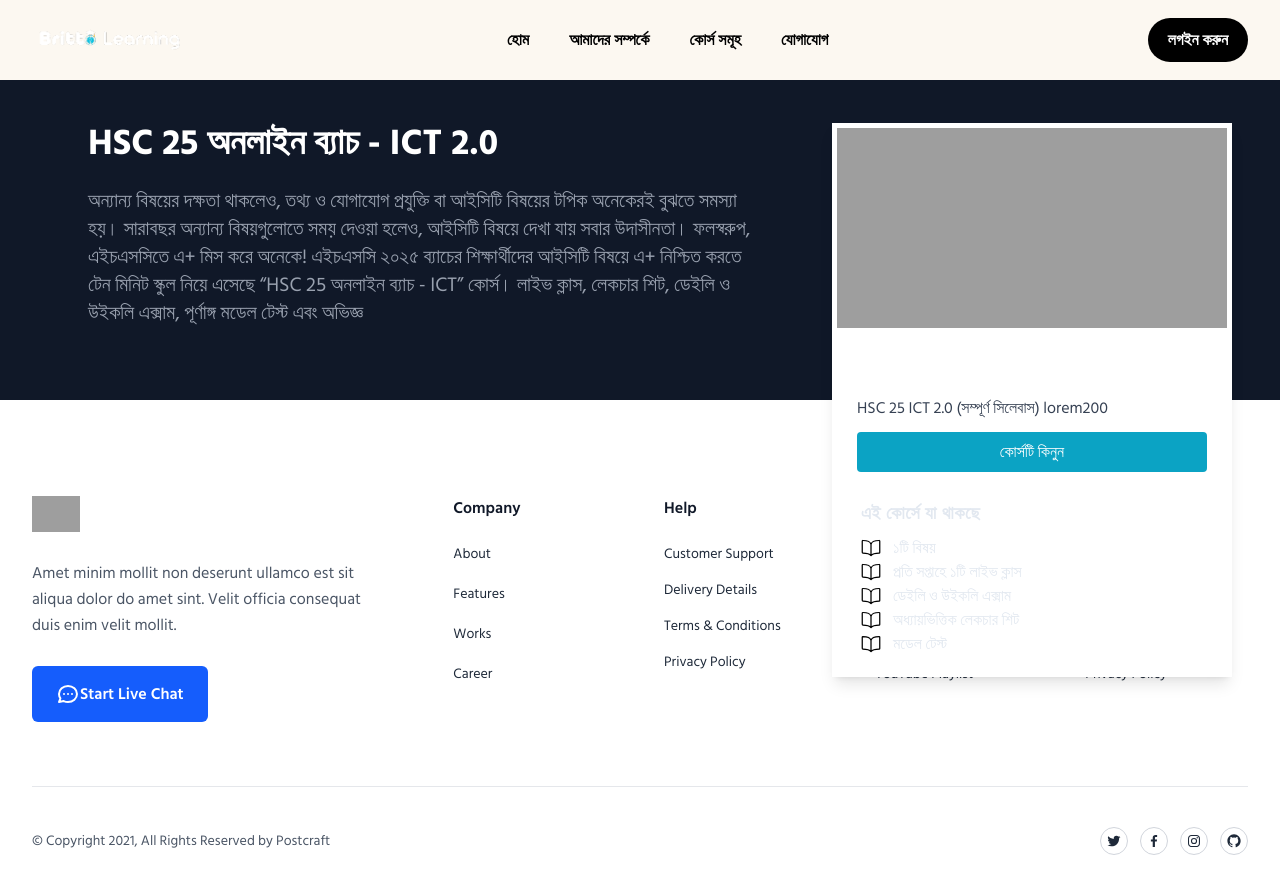
Repository: Ruddro420/course-selling
Page: /single-course
An editor plug-in stored every save of this project. The page is shown before and after the next save, followed by the edit.
The browser window is 1280 px wide. The pictures show the whole page.
Pictures or frames that could not be fetched are drawn as grey boxes. The project was rebuilt for these pictures with package versions that can differ from the ones it lists, and the page was loaded fresh each time. Also part of the build but not shown: vite.config.js, src/components/AboutSection.jsx, src/components/ContactSection.jsx, src/components/CourseSection.jsx, src/components/Hero.jsx, src/components/TeamSection.jsx, src/components/WhyUsSection.jsx, src/pages/Home.jsx and 2 more.

Above is the page before, as saved 2025-02-06 03:47:56.

After the next save:
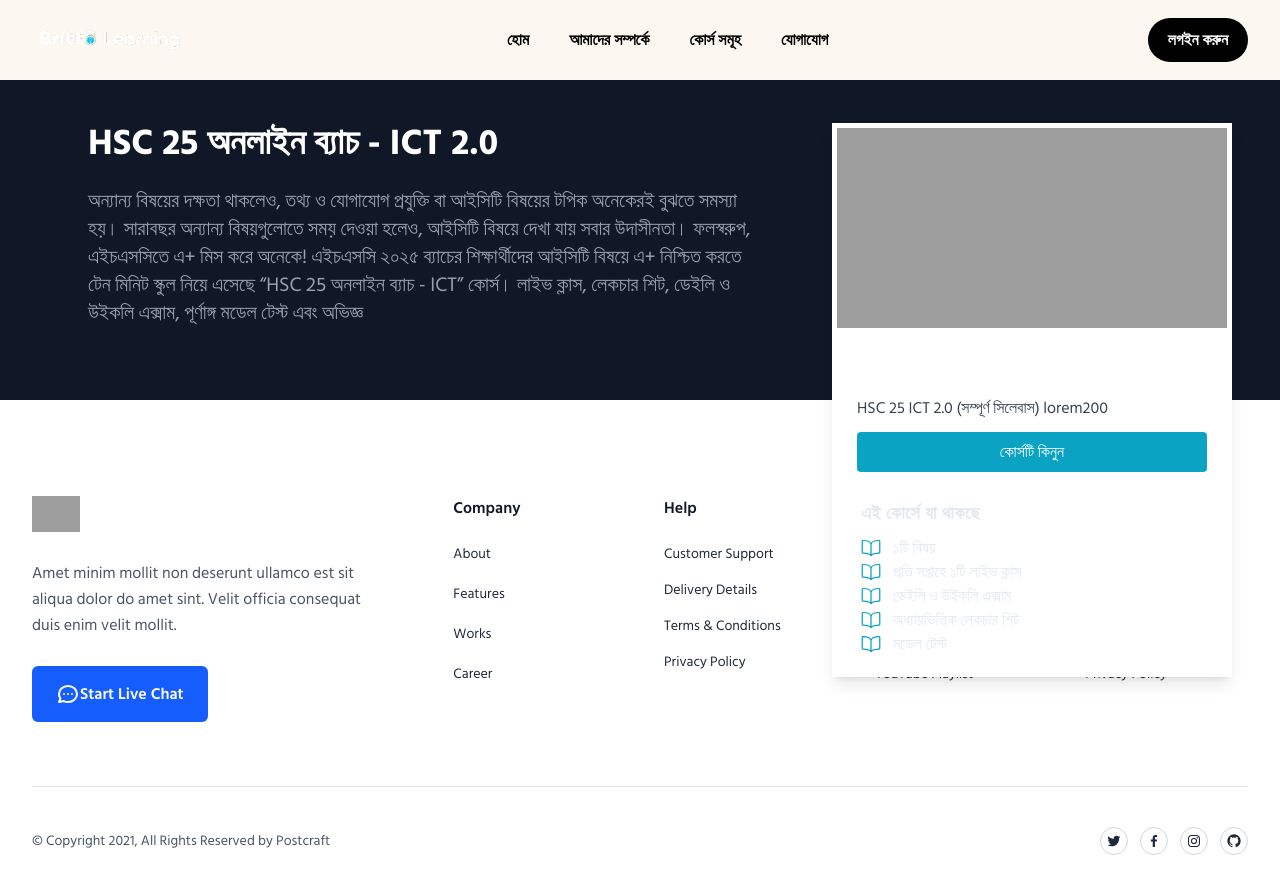
Saved 18 s later.
--- a/src/components/courseComponent/CourseHero.jsx
+++ b/src/components/courseComponent/CourseHero.jsx
@@ -58,29 +58,29 @@ const CourseHero = () => {
                     এই কোর্সে যা থাকছে
                   </h3>
                   <li className="flex space-x-3 items-center px-6">
-                    <IoBookOutline className="flex-shrink-0  h-5 w-5 text-{#0BA3C4}" />
+                    <IoBookOutline className="flex-shrink-0  h-5 w-5 text-[#0BA3C4]" />
                     <span className="text-base text-slate-200">১টি বিষয়</span>
                   </li>
                   <li className="flex space-x-3 items-center px-6">
-                    <IoBookOutline className="flex-shrink-0  h-5 w-5 text-{#0BA3C4}" />
+                    <IoBookOutline className="flex-shrink-0  h-5 w-5 text-[#0BA3C4]" />
                     <span className="text-base text-slate-200">
                       প্রতি সপ্তাহে ১টি লাইভ ক্লাস
                     </span>
                   </li>
                   <li className="flex space-x-3 items-center px-6">
-                    <IoBookOutline className="flex-shrink-0  h-5 w-5 text-{#0BA3C4}" />
+                    <IoBookOutline className="flex-shrink-0  h-5 w-5 text-[#0BA3C4]" />
                     <span className="text-base text-slate-200">
                       ডেইলি ও উইকলি এক্সাম
                     </span>
                   </li>
                   <li className="flex space-x-3 items-center px-6">
-                    <IoBookOutline className="flex-shrink-0  h-5 w-5 text-{#0BA3C4}" />
+                    <IoBookOutline className="flex-shrink-0  h-5 w-5 text-[#0BA3C4]" />
                     <span className="text-base text-slate-200">
                       অধ্যায়ভিত্তিক লেকচার শিট
                     </span>
                   </li>
                   <li className="flex space-x-3 items-center px-6">
-                    <IoBookOutline className="flex-shrink-0  h-5 w-5 text-{#0BA3C4}" />
+                    <IoBookOutline className="flex-shrink-0  h-5 w-5 text-[#0BA3C4]" />
                     <span className="text-base text-slate-200">
                       মডেল টেস্ট
                     </span>
